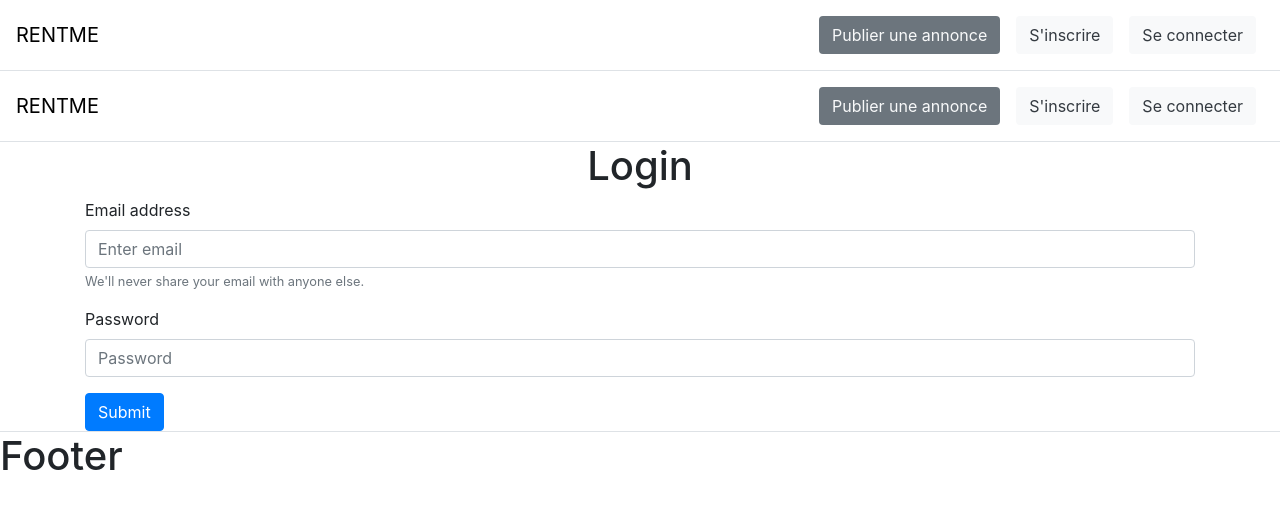
Repository: johan1412/rentme-front
Page: /login
The author's editor kept a copy of each file at every save. The page is drawn from the files as they stood at one save, then again after the next save.
The browser window is 1280 px wide. The pictures show the whole page.
The page's requests for data from a server got no answer. The project was rebuilt for these pictures with package versions that can differ from the ones it lists, and the page was loaded fresh each time. No one was signed in, and anything a server would have sent is missing. Also part of the build but not shown: vue.config.js, src/components/form/RegisterForm.vue, src/components/pages/common/auth/RegisterPage.vue, src/components/layout/Banner.vue, src/components/pages/common/HomePage.vue.

Above is the page before, as saved 2022-01-05 03:33:43.

### src/main.js
import Vue from "vue";
import App from "./App.vue";
import VueRouter from 'vue-router'
import LoginPage from './components/pages/common/auth/LoginPage.vue'
import RegisterPage from './components/pages/common/auth/RegisterPage.vue'
import HomePage from './components/pages/common/HomePage'
import { BootstrapVue, IconsPlugin } from 'bootstrap-vue'
import store from './vuex'

// Import Bootstrap an BootstrapVue CSS files (order is important)
import 'bootstrap/dist/css/bootstrap.css'
import 'bootstrap-vue/dist/bootstrap-vue.css'

// Make BootstrapVue available throughout your project
Vue.use(BootstrapVue)
// Optionally install the BootstrapVue icon components plugin
Vue.use(IconsPlugin)

Vue.config.productionTip = false;

Vue.use(VueRouter)


const routes = [
  { path: '/', component: HomePage },
  { path: '/login', component: LoginPage },
  { path: '/register', component: RegisterPage },
]

const router = new VueRouter({
  routes,
  history: true,
  mode: 'history'
})


new Vue({
  render: (h) => h(App),
  router,
  store
}).$mount("#app");

### src/App.vue
<template>
  <base-layout>
    <router-view />
  </base-layout>
</template>
<script>
import BaseLayout from "./components/layout/BaseLayout.vue";

export default {
  components: { BaseLayout },
  name: "App"
};
</script>

### src/components/pages/common/auth/LoginPage.vue
<template>
  <div>
    <NavBar/>
    <h1 class="text-center">Login</h1>
    <LoginForm />
  </div>
</template>
<script>
import LoginForm from "../../../form/LoginForm.vue";
import NavBar from "../../../layout/NavBar.vue";

export default {
  components: { LoginForm,NavBar },
  name: "LoginPage",
};
</script>

### src/vuex.js
import Vue from 'vue'
import Vuex from 'vuex'

Vue.use(Vuex)
const state = {
    user : null
}

const store = new Vuex.Store({
  state,
  getters:{
      user: (state) => {
          return state.user
      }
  },
  actions:{
      user(context,user){
          context.commit('user',user)
      }
  },
  mutations:{
      user(state,user){
          state.user = user
      }
  }
})

export default store

### src/components/layout/BaseLayout.vue
<template>
  <div>
    <NavBar/>
    <slot></slot>
    <Footer />
  </div>
</template>
<script>
import NavBar from "../layout/NavBar.vue";
import Footer from "../layout/Footer.vue";
import AuthService from "../../services/AuthService";
export default {
  name: "BaseLayout",
  components: {
    NavBar,
    Footer
  },
  created() {
    AuthService.getUser(localStorage.getItem('userId'))
        .then((response) => {
          this.$store.dispatch('user',response.data)
          console.log(response.data);
        })
        .catch((e) => {
          console.log(e);
        });
  },
};
</script>

### src/components/form/LoginForm.vue
<template>
    <div class="container m-auto">
      <form @submit.prevent="handleSubmit">
        <div class="form-group">
          <label for="exampleInputEmail1">Email address</label>
          <input
            type="email"
            v-model="email"
            class="form-control"
            id="exampleInputEmail1"
            aria-describedby="emailHelp"
            placeholder="Enter email"
          />
          <small id="emailHelp" class="form-text text-muted"
            >We'll never share your email with anyone else.</small
          >
        </div>
        <div class="form-group">
          <label for="exampleInputPassword1">Password</label>
          <input
            type="password"
            v-model="password"
            class="form-control"
            id="exampleInputPassword1"
            placeholder="Password"
          />
        </div>
        <button type="submit" class="btn btn-primary">Submit</button>
      </form>
    </div>
</template>

<script>
import AuthService from "../../services/AuthService";
export default {
  name: "LoginForm",
  data: () => ({
    email: "",
    password: "",
  }),
  mounted: () => {
    if(localStorage.getItem("token") !== null){
      this.$router.push('/')
    }
  },
  methods: {
    handleSubmit: function () {
      AuthService.login({ email: this.email, password: this.password })
        .then((response) => {
          localStorage.setItem("token",response.data.token)
          localStorage.setItem("userId",response.data.data.id)
          this.$store.dispatch('user',response.data.data)
          this.$router.push(this.$route.query.redirect || '/')
          console.log(response.data);
        })
        .catch((e) => {
          console.log(e);
        });
    },
  },
};
</script>

### src/components/layout/NavBar.vue
<template>
<div class="border-bottom">
  <b-navbar toggleable="lg" type="light" variant="white">
    <b-navbar-brand class="fw-bold"><router-link class="home-link" to="/">RENTME</router-link></b-navbar-brand>
    <b-collapse id="nav-collapse" is-nav>
      <b-navbar-nav v-if="!user" class="ml-auto">
        <b-nav-item><router-link class="btn bg-secondary text-light" to="#">Publier une annonce</router-link></b-nav-item>
        <b-nav-item><router-link class="btn bg-light text-dark" to="register">S'inscrire</router-link></b-nav-item>
        <b-nav-item><router-link class="btn bg-light text-dark" to="login">Se connecter</router-link></b-nav-item>
      </b-navbar-nav>
      <b-navbar-nav v-else class="ml-auto">
        <b-nav-item><router-link class="btn bg-secondary text-light" to="#">Publier une annonce</router-link></b-nav-item>
        <b-nav-item><router-link class="btn bg-secondary text-light" to="#">Mon compte</router-link></b-nav-item>
        <b-nav-item v-on:click="logout"><router-link class="btn bg-light text-dark" to="/">se déconnecter</router-link></b-nav-item>
      </b-navbar-nav>
    </b-collapse>
  </b-navbar>
</div>
</template>
<script>
import {mapGetters} from 'vuex'
export default {
  name: "NavBar",
  methods:{
    logout(){
      localStorage.removeItem('token')
      this.$store.dispatch('user',null)
      this.$router.push('/')
    }
  },
  computed:{
    ...mapGetters(['user'])
  }
};
</script>
<style scoped>
.home-link:hover{
  text-decoration: none;
}
.home-link{
  color :black;
}
</style>

### src/components/layout/Footer.vue
<template>
  <footer class="border-top">
    <h1>Footer</h1>
  </footer>
</template>
<script>
export default {
  name: "Footer",
};
</script>

### src/services/AuthService.js
import axios from "axios";

axios.defaults.baseURL =  "https://localhost:8443/"
const headers = {
  "Content-type": "application/json"
 }

const login = async data => {
  return await axios.post("authentication_token", data , {headers});
};

const register = async data => {
  return await axios.post("users", data , {headers});
};

const getUser = async (id) => {
  return await axios.get(`users/${id}`, headers);
};
export default {
  register,
  login,
  getUser
};

Loaded but not shown: public/index.html (common file)

After the next save:
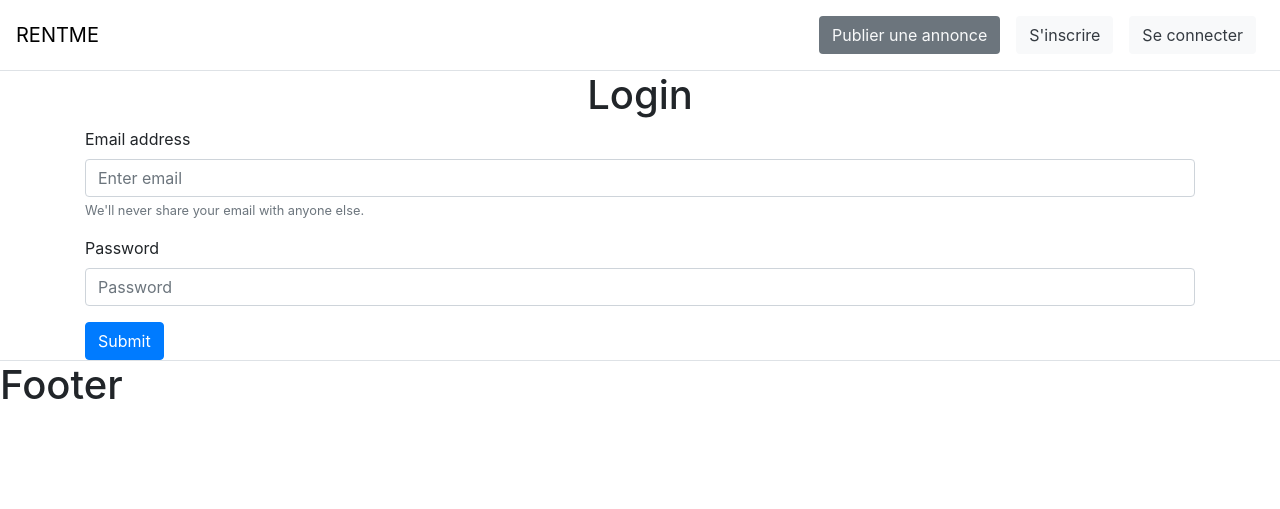
Saved 35 s later.
--- a/src/components/pages/common/auth/LoginPage.vue
+++ b/src/components/pages/common/auth/LoginPage.vue
@@ -1,16 +1,14 @@
 <template>
   <div>
-    <NavBar/>
     <h1 class="text-center">Login</h1>
     <LoginForm />
   </div>
 </template>
 <script>
 import LoginForm from "../../../form/LoginForm.vue";
-import NavBar from "../../../layout/NavBar.vue";
 
 export default {
-  components: { LoginForm,NavBar },
+  components: { LoginForm },
   name: "LoginPage",
 };
 </script>
